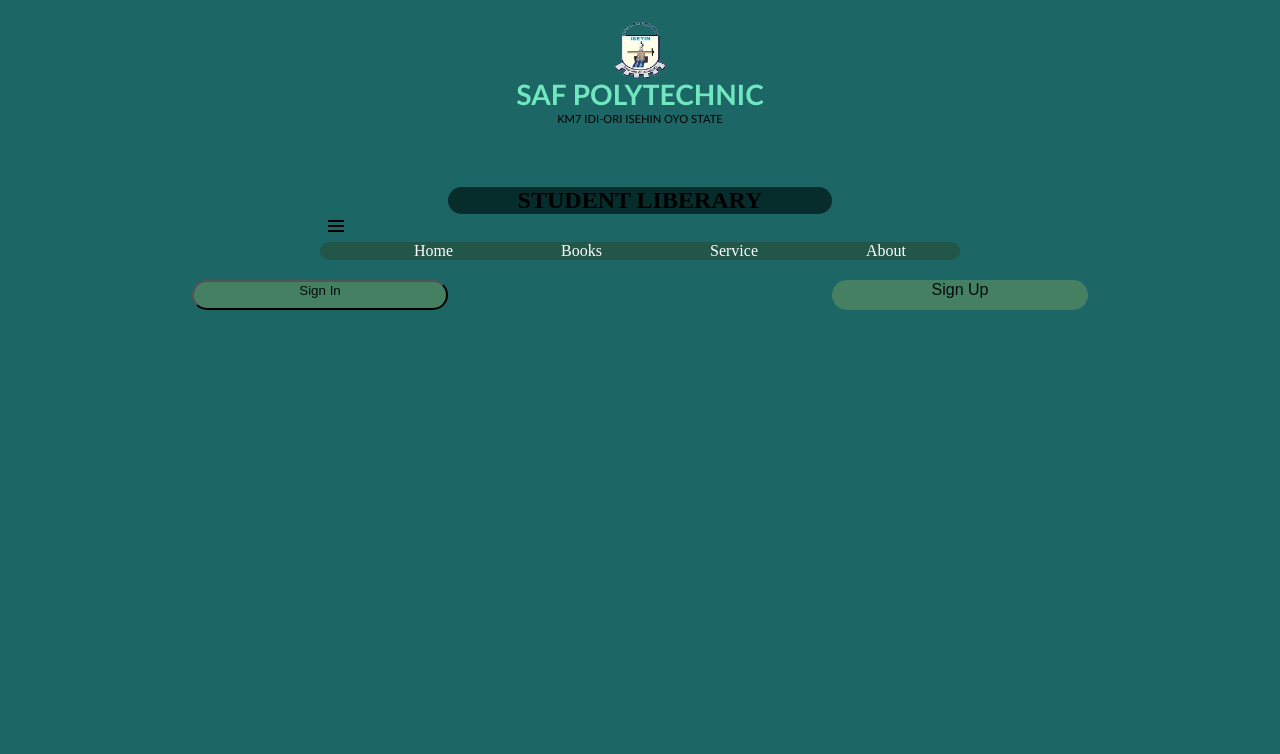
Repository: makinwademila/new-html
Page: index.html
An editor plug-in stored every save of this project. The page is shown before and after the next save, followed by the edit.
The browser window is 1280 px wide. The pictures show the whole page.

Above is the page before, as saved 2025-03-05 14:04:16.
Console error: ReferenceError: e is not defined

### index.html
<!DOCTYPE html>
    <html lang="en">

        <head>

            <title>test web page</title>
            <link href="style.css" rel="stylesheet">
        </head>
        <title>saf porject</title>

        <body>
            <header>
                <div class="names">
                    <img src="logo.png">
                    <div class="name">
                        <h6>
                            SAF POLYTECHNIC
                        </h6>
                    </div>

                    <div class="namer"> KM7 IDI-ORI ISEHIN OYO STATE
                    </div>
                </div>
            </header>

            <nav>
                <div class="title">
                    <h2>
                        STUDENT LIBERARY
                    </h2>
                </div>
            </nav>
            <div class="nav-menu-btn">

                <div class="menu-icon" id="menu-icon">

                    <div class="dropdown">
                        <span class="dropdown-button">
                        <i class="menu-icon"> <svg xmlns="http://www.w3.org/2000/svg" width="24" height="24" viewBox="0 0 24 24"><path d=
                        "M4 6h16v2H4zm0 5h16v2H4zm0 5h16v2H4z"/></svg></i>


                        <div class="dropdown-content">
                            <ul>
                                <li><a href="#">Home</a></li>
                                <li><a href="#">Books</a></li>
                                <li><a href="#">Departments</a></li>
                                <li><a href="#">request</a></li>
                            </ul>
                        </div>
                    </div>


                </div>
                <div class="drop-down-menu" id="drop-down-menu">

                </div>

            </div>
            <div class="nav-menu">
                <ul>
                    <li><a href="#" class="first">Home</a></li>
                    <li><a href="#" class="second">Books</a></li>
                    <li><a href="#" class="third">Service</a></li>
                    <li><a href="#" class="fourth">About</a></li>
                </ul>
            </div>


            <div class="nav-button">
                <button class="btn1" id="loginBtn">Sign In</button>
                <button class="btn" id="RegisterBtn">Sign Up</button>
            </div>

            <div class="wrapper">
                <span class="icon-close"><ion-icon name="close"></ion-icon>
                </span>

                        <div class="form-box login">
                            <h2>Login</h2>
                            <form action="#">
                                <div class="input-box">
                                    <span class="icon"><ion-icon name="mail"></ion-icon></span>
                                    <input type="email" required>
                                    <label>Matric.NO</label>
                                </div>
                                <form action="#">
                                    <div class="input-box">
                                        <span class="icon"><ion-icon name="lock-closed"></ion-icon></span>
                                        <input type="password" required>
                                        <label>Password</label>
                                    </div>
                                    <div class="remember-forgot">
                                        <label><input type="checkbox" required>Remember me</label>
                                        <a href="#">Forgot Password?</a>
                                    </div>
                                    <button type="submit" class="btn" onclick="active" href="home.html">Login</button>
                                    <div class="login-register">
                                        <p>Don't have an account? <a href="#" class="register-link">Register</a></p>
                                    </div>
                                </form>
                        </div>

                        <div class="form-box register">
                            <h2>Registration</h2>
                            <form action="#">
                                <div class="input-box">
                                    <span class="icon"><ion-icon name="person"></ion-icon></span>
                                    <input type="text" required>
                                    <label>Matric.NO</label>
                                </div>
                                <div class="input-box">
                                    <span class="icon"><ion-icon name="mail"></ion-icon></span>
                                    <input type="email" required>
                                    <label>Email</label>
                                </div>
                                <form action="#">
                                    <div class="input-box">
                                        <span class="icon"><ion-icon name="lock-closed"></ion-icon></span>
                                        <input type="password" required>
                                        <label>Password</label>
                                    </div>
                                    <div class="remember-forgot">
                                        <label><input type="checkbox" required>I agree to the terms & condition</label>

                                    </div>
                                    <button type="submit" class="btn">Register</button>
                                    <div class="login-register">
                                        <p>Already have an account? <a href="#" class="login-link">Login</a></p>
                                    </div>
                                </form>
                        </div>
                    </div>

                    <script type="module" src="https://unpkg.com/ionicons@7.1.0/dist/ionicons/ionicons.esm.js"></script>
                    <script nomodule src="https://unpkg.com/ionicons@7.1.0/dist/ionicons/ionicons.js"></script>
                    <script src="script.js"></script>
        </body>


        </html>

### style.css
* {
    margin: auto;
    padding: auto;
}

body {
    margin: 0;
    padding: 0;
    background-color: rgb(29, 102, 102);
    height: auto;
    width: auto;
}

header {
    font-family: 'Gill Sans', 'Gill Sans MT', Calibri, 'Trebuchet MS', sans-serif;
    justify-content: center;
    align-content: center;
}

img {
    height: 80px;
    width: 80px;
    display: block;
    margin: auto;
}

.name h6 {
    font-size: 40px;
    font-weight: bolder;
    color: rgb(112, 231, 191);
    display: flex;
    justify-content: center;
    align-content: center;
}

.title {
    display: flex;
    justify-content: center;
    align-items: center;
    flex-direction: row;
    justify-content: space-between;
    justify-content: space-around;
    color: black;
    background-color: rgb(7, 44, 44);
    border-radius: 60px;
    width: 30%;
    list-style: none;
    margin-top: 40px;
}

.namer {
    display: flex;
    justify-content: center;
}

.nav-button button {
    display: flex;
    background-color: rgb(69, 128, 98);
    color: rgb(1, 12, 12);
    height: 30px;
    width: 20%;
    border-radius: 20px;
}

.icon {
    color: rgb(53, 102, 43);
}

.nav-menu {
    border-top: 40px;
    width: 50%;
    background-color: rgba(34, 83, 67, 0.836);
    border-radius: 70px;
}

.nav-menu ul {
    display: flex;
    flex-direction: row;
    justify-content: space-between;
}

a {
    background-color: transparent;
    color: rgb(255, 252, 252);
    transition: 1s;
    opacity: 5px;
    animation: forwards;
    border-radius: 100px;
    text-decoration: none;
}

a:hover {
    color: rgba(255, 219, 14, 0.801);
}

a:active {
    background-color: rgb(30, 48, 30);
    transition: 1s ease-in-out;
}

.nav-button {
    justify-content: center;
    display: flex;
    justify-content: space-around;
}

li {
    color: transparent;
}

.nav-menu-btn {
    border: none;
    color: #65dee2;
    display: flex;
    overflow: hidden;
}

.nav-menu-btn:hover {
    color: aliceblue;
}

.nav-button {
    border: none;
    justify-content: center;
    display: flex;
    justify-content: space-between;
}

button {
    font-family: Arial, Helvetica, sans-serif;
    justify-content: center;
    margin-top: 20px;
}

.dropdown {
    position: relative;
    display: inline-block;
}

.dropdown-button {
    background-color: transparent;
    color: #fff;
    padding: 10px 20px;
    border: none;
    border-radius: 5px;
    cursor: pointer;
}

.dropdown-button:hover {
    transform: scale(1.1);
    transition: transform 0.3s ease-in-out;
}

.dropdown-content {
    display: none;
    position: absolute;
    background-color: #f9f9f9;
    min-width: 160px;
    box-shadow: 0px 8px 16px 0px rgba(0, 0, 0, 0.2);
    z-index: 1;
}

.dropdown-content ul {
    list-style: none;
    padding: 0;
    margin: 0;
}

.dropdown-content li {
    padding: 10px;
    border-bottom: 1px solid #ccc;
}

.dropdown-content li:last-child {
    border-bottom: none;
}

.dropdown-content a {
    text-decoration: none;
    color: #333;
}

.dropdown-content a:hover {
    background-color: #f1f1f1;
}

.dropdown-button:focus+.dropdown-content {
    display: block;
}

.dropdown-content:hover {
    display: block;
}

.wrapper {
    position: relative;
    top: -170px;
    width: 400px;
    height: 440px;
    background: transparent;
    border: 2px solid rgba(255, 255, 255, 0.5);
    border-radius: 20px;
    backdrop-filter: blur(20px, 20px);
    box-shadow: 0 0 30px rgba(0, 0, 0, 0.5);
    display: flex;
    justify-content: center;
    align-items: center;
    transition: transform .5s ease height .2 ease;
    overflow: hidden;
    transform: scale(0);
}

header {
    transform: scale(0.7);
}

.header {
    overflow: hidden;
    transform: scale(0);
}

.header.active-popup {
    transform: scale(1);
}

.wrapper.active-popup {
    transform: scale(1);
}

.wrapper.active {
    height: 520px;
}

.wrapper .form-box.login {
    transition: transform .18s ease;
    transform: translateX(0);
}

.wrapper.active .form-box.login {
    transition: none;
    transform: translateX(-400px);
}

.wrapper .form-box.register {
    position: absolute;
    transition: none;
    transform: translate(400px);
}

.wrapper.active .form-box.register {
    transition: transform .18s ease;
    transform: translateX(0);
}

.wrapper .form-box {
    width: 100%;
    max-width: 400px;
    padding: 40px;
    border-radius: 20px;
    box-shadow: 0 0 20px rgba(0, 0, 0, 0.1);
    display: flex;
    flex-direction: column;
    justify-content: center;
    align-items: center;
}

.wrapper .icon-close {
    position: absolute;
    top: 0;
    right: 0;
    width: 45px;
    height: 45px;
    background: #162938;
    font-size: 2em;
    color: #fff;
    display: flex;
    justify-content: center;
    align-items: center;
    border-bottom-left-radius: 20px;
    cursor: pointer;
    z-index: 1;
}

.form-box h2 {
    font-size: 2.5em;
    color: #162938;
    text-align: center;
}

.input-box {
    position: relative;
    width: 100%;
    height: 30px;
    border-bottom: 2px solid #162938;
    margin: 20px 0;
}

.input-box label {
    position: absolute;
    top: 30%;
    left: 12%;
    transform: translate(-40%);
    font-size: 1em;
    color: #162938;
    font-weight: 500;
    pointer-events: none;
    transition: 0.5s;
    animation-duration: 2s;
}

.input-box input:focus~label,
.input-box input:valid~label {
    top: -15px;
    color: #162938;
    font-weight: 700;
}

.input-box input {
    position: absolute;
    width: 100%;
    height: 100%;
    border: none;
    background: transparent;
    outline: none;
    font-size: 1em;
    color: #162938;
    font-weight: 600;
}

.input-box .icon {
    position: absolute;
    top: 50%;
    right: 10px;
    transform: translateY(-50%);
    font-size: 1em;
    color: #162938;
    line-height: 57px;
}

.remember-forgot {
    font-size: .9em;
    color: #162938;
    font-weight: 500;
    margin: -15px 0 15px;
    display: flex;
    justify-content: space-between;
}

.remember-forgot label input {
    accent-color: #162938;
    margin-right: 3px;
}

.remember-forgot a {
    color: #162938;
    text-decoration: none;
}

.remember-forgot a:hover {
    text-decoration: underline;
}

.btn {
    width: 100%;
    height: 45px;
    background: #162938;
    border: none;
    outline: none;
    border-radius: 20px;
    cursor: pointer;
    font-size: 1em;
    color: #fff;
    font-weight: 500;
}

.btn:hover {
    background: #111726;
}

.login-register {
    font-size: 0.9em;
    color: #162938;
    text-align: center;
    font-weight: 500;
    margin: 25px 0 10px;
}

.login-register p a {
    color: #162938;
    text-decoration: none;
    font-weight: 600;
}

.login-register p a:hover {
    text-decoration: underline;
}

### script.js
const dropdownButton = document.querySelector('.dropdown-button');
const dropdownContent = document.querySelector('.dropdown-content');
const wrapper = document.querySelector('.wrapper');
const loginlink = document.querySelector('.login-link');
const registerlink = document.querySelector('.register-link');
const btnPopup = document.querySelector('.btnLogin-popup');
const iconClose = document.querySelector('.icon-close');


dropdownButton.addEventListener('click', () => {
    dropdownContent.classList.toggle('show');
});

window.addEventListener('click', (e) => {});
if (!e.target.classList.contains('dropdown-button') && !e.target.classList.contains('dropdown-content')) {
    dropdownContent.classList.remove('show');
}


registerlink.addEventListener('click', () => {
    wrapper.classList.add('active');
});

loginlink.addEventListener('click', () => {
    wrapper.classList.remove('active');
});

btnPopup.addEventListener('click', () => {
    wrapper.classList.toggle('active-popup');
});

iconClose.addEventListener('click', () => {
    wrapper.classList.remove('active-popup');
});

After the next save:
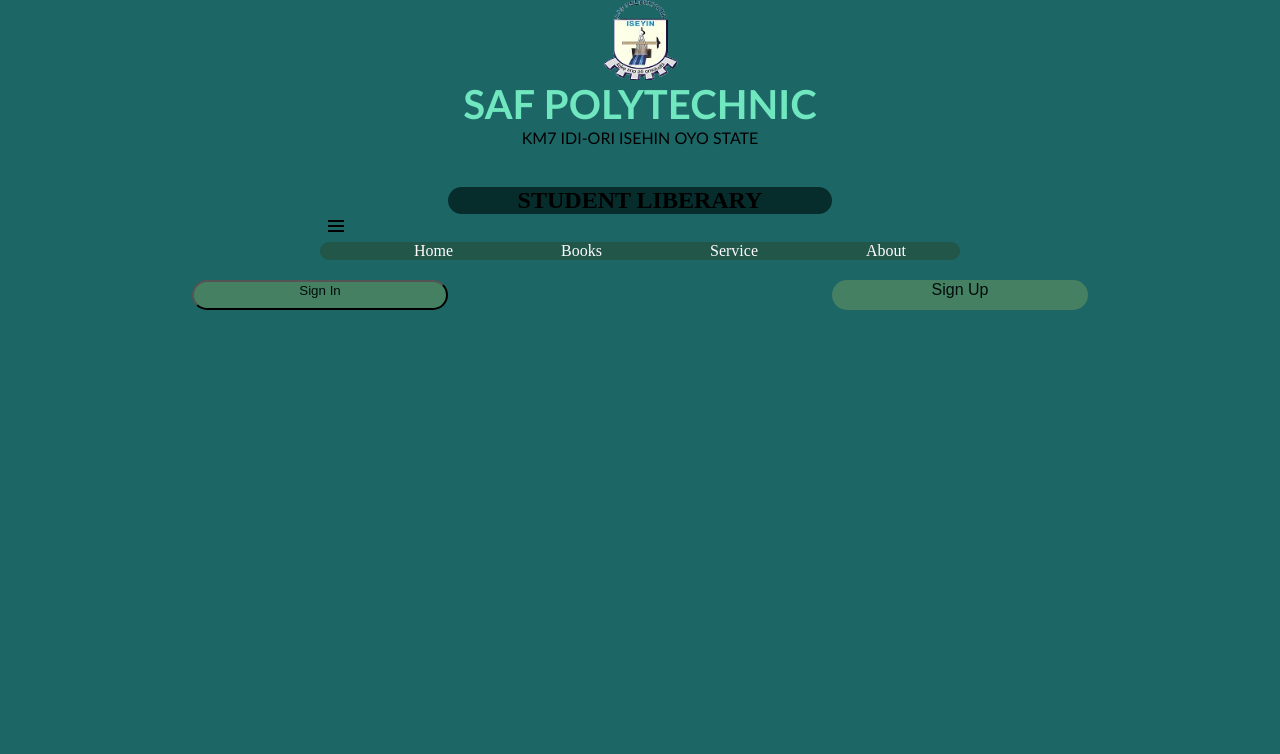
Saved 40 s later.
--- a/style.css
+++ b/style.css
@@ -210,9 +210,10 @@
     transform: scale(0);
 }
 
-header {
+
+/*header {
     transform: scale(0.7);
-}
+}*/
 
 .header {
     overflow: hidden;
